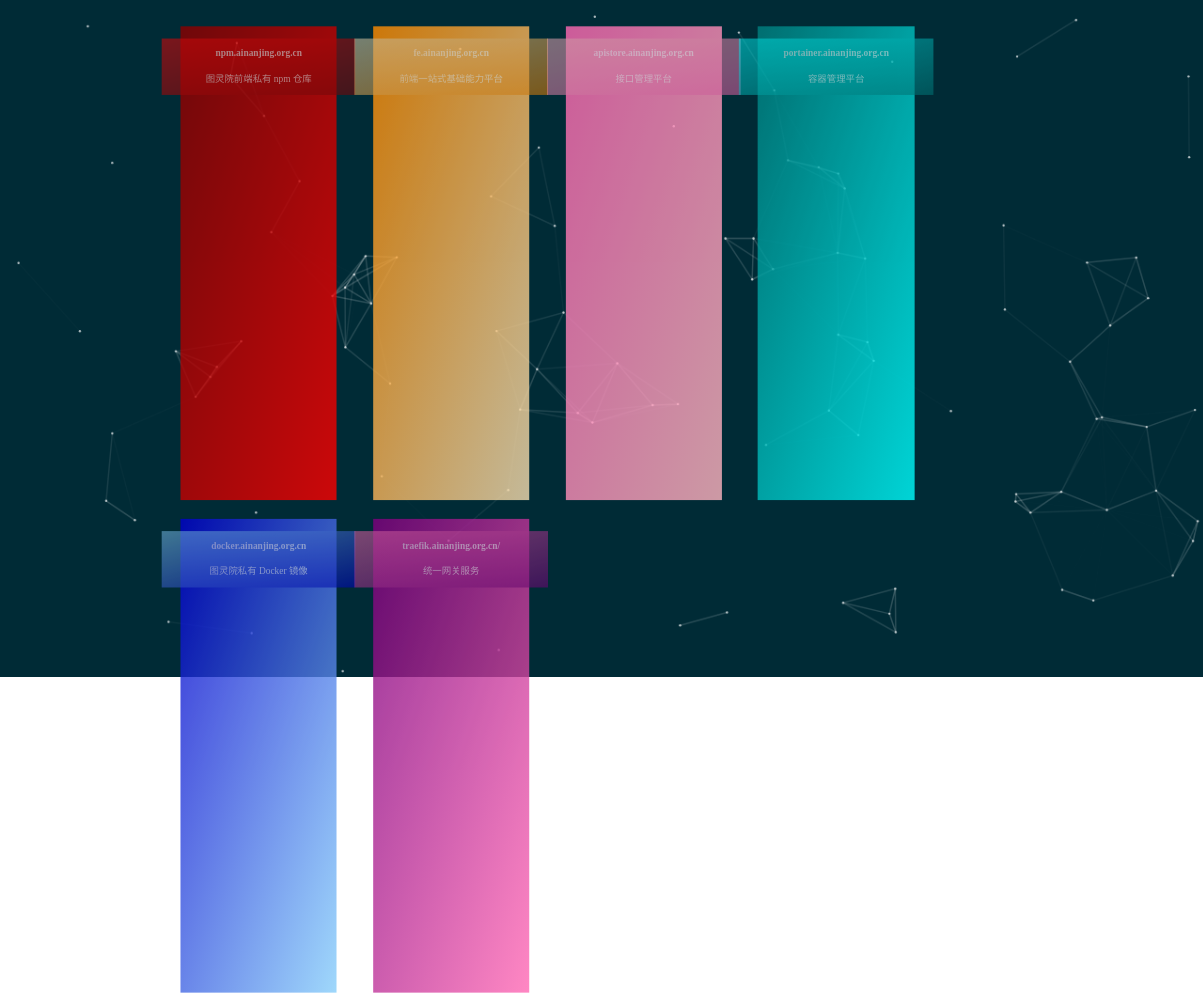
Repository: heweiwei1/portainer
Page: index.html
The author's editor kept a copy of each file at every save. The page is drawn from the files as they stood at one save, then again after the next save.
The browser window is 1280 px wide. The pictures show the whole page, at 94% of full size.

Above is the page before, as saved 2021-04-14 14:00:53.

### index.html
<!DOCTYPE html>
<html lang="en">
<head>
  <meta charset="UTF-8">
  <meta http-equiv="X-UA-Compatible" content="IE=edge">
  <meta name="viewport" content="width=device-width, initial-scale=1.0">
  <title>网页</title>
  <link rel="stylesheet" href="index.css">
  <script src="index.js"></script>
</head>
<body>
  <div class="demo">
    <a class="demo1 demo-1" href="https://npm.ainanjing.org.cn/">
        <div class="trans">
          <h4>npm.ainanjing.org.cn</h4>
          <p>图灵院前端私有 npm 仓库</p>
        </div>
    </a>
    <a class="demo1 demo-2" href="https://fe.ainanjing.org.cn" id="pop">
          <div class="trans">
            <h4>fe.ainanjing.org.cn</h4>
            <p>前端一站式基础能力平台</p>
          </div>
    </a>
    <a class="demo1 demo-3" href="https://apistore.ainanjing.org.cn">
        <div class="trans">
          <h4>apistore.ainanjing.org.cn</h4>
          <p>接口管理平台</p>
        </div>
    </a>
    <a class="demo1 demo-4" href="https://portainer.ainanjing.org.cn">
        <div class="trans">
          <h4>portainer.ainanjing.org.cn</h4>
          <p>容器管理平台</p>
        </div>
    </a>
    <a class="demo1 demo-5" href="https://docker.ainanjing.org.cn">
        <div class="trans">
          <h4>docker.ainanjing.org.cn</h4>
          <p>图灵院私有 Docker 镜像</p>
        </div>
    </a>
    <a class="demo1 demo-6" href="https://traefik.ainanjing.org.cn/">
        <div class="trans">
          <h4>traefik.ainanjing.org.cn/</h4>
          <p>统一网关服务</p>
        </div>
    </a>
  </div>
</body>
</html>

### index.css
a {
  text-decoration: none;
  color: #000;
}
.demo {
  width: 70vw;
  margin: auto;
  display: flex;
  flex-flow: row wrap;
}

.demo a {
  position: relative;
  display: flex;
  flex-direction: column;
  align-items: center;
  width: 13vw;
  height: 0px;
  padding-bottom: 56.25%;
  margin-top: 20px;
  font-size: 10px;
}
.demo a:not(:nth-child(4n)){
  margin-right: 3vw;
}
.trans {
  position:absolute;
  top: 13.2px;
  width: 100%;
  padding: 30px 20px;
  display: flex;
  justify-content: center;
  opacity: 0.6;
}
.demo1:hover .trans{
  opacity: 1;
}
.demo1 {
  opacity: 0.8;
}
.trans p{
  position: absolute;
  top: 24px;
  color: #fff;
}
.trans h4{
  position: absolute;
  top: -3px;
  color: #fff;
}
.demo-1 {
  background-image: linear-gradient(to bottom right,#8b0000,#ff0000);

}
.demo-1 .trans{
  background-image: linear-gradient(to top left,#8b0000,#ff0000);
}
.demo-2 {
  background-image: linear-gradient(to bottom right,#ff8c00,#f5deb3);
}
.demo-2 .trans{
  background-image: linear-gradient(to top left,#ff8c00,#f5deb3);
}
.demo-3 {
  background-image: linear-gradient(to bottom right,#ff69b4,#ffb6c1);
}
.demo-3 .trans{
  background-image: linear-gradient(to top left,#ff69b4,#ffb6c1);
}
.demo-4 {
  background-image: linear-gradient(to bottom right,#008080,#00ffff);
}
.demo-4 .trans{
  background-image: linear-gradient(to top left,#008080,#00ffff);
}
.demo-5 {
  background-image: linear-gradient(to bottom right,#0000cd,#87cefa);
}
.demo-5 .trans{
  background-image: linear-gradient(to top left,#0000cd,#87cefa);
}
.demo-6 {
  background-image: linear-gradient(to bottom right,#800080,#ff69b4);
}
.demo-6 .trans{
  background-image: linear-gradient(to top left,#800080,#ff69b4);
}

### index.js
window.onload = function(){
  var pop = document.getElementById("pop");
  pop.onclick = function(){
    alert("暂未启用");
    return false;
  }
  // 可调参数
var BACKGROUND_COLOR = "rgba(0,43,54,1)";   // 背景色
var POINT_NUM = 99;                         // 屏幕上点的数目
var POINT_COLOR = "rgba(255,255,255,0.7)";  // 点的颜色
var LINE_LENGTH = 10000;                    // 点之间连线长度(的平方)

// 创建背景画布
var cvs = document.createElement("canvas");
cvs.width = window.innerWidth;
cvs.height = window.innerHeight;
cvs.style.cssText = "\
    position:fixed;\
    top:0px;\
    left:0px;\
    z-index:-1;\
    opacity:1.0;\
    ";
document.body.appendChild(cvs);

var ctx = cvs.getContext("2d");

var startTime = new Date().getTime();

//随机数函数
function randomInt(min, max) {
    return Math.floor((max - min + 1) * Math.random() + min);
}

function randomFloat(min, max) {
    return (max - min) * Math.random() + min;
}

//构造点类
function Point() {
    this.x = randomFloat(0, cvs.width);
    this.y = randomFloat(0, cvs.height);

    var speed = randomFloat(0.3, 1.4);
    var angle = randomFloat(0, 2 * Math.PI);

    this.dx = Math.sin(angle) * speed;
    this.dy = Math.cos(angle) * speed;

    this.r = 1.2;

    this.color = POINT_COLOR;
}

Point.prototype.move = function () {
    this.x += this.dx;
    if (this.x < 0) {
        this.x = 0;
        this.dx = -this.dx;
    } else if (this.x > cvs.width) {
        this.x = cvs.width;
        this.dx = -this.dx;
    }
    this.y += this.dy;
    if (this.y < 0) {
        this.y = 0;
        this.dy = -this.dy;
    } else if (this.y > cvs.height) {
        this.y = cvs.height;
        this.dy = -this.dy;
    }
}

Point.prototype.draw = function () {
    ctx.fillStyle = this.color;
    ctx.beginPath();
    ctx.arc(this.x, this.y, this.r, 0, Math.PI * 2);
    ctx.closePath();
    ctx.fill();
}

var points = [];

function initPoints(num) {
    for (var i = 0; i < num; ++i) {
        points.push(new Point());
    }
}

var p0 = new Point(); //鼠标
p0.dx = p0.dy = 0;
var degree = 2.5;
document.onmousemove = function (ev) {
    p0.x = ev.clientX;
    p0.y = ev.clientY;
}
document.onmousedown = function (ev) {
    degree = 5.0;
    p0.x = ev.clientX;
    p0.y = ev.clientY;
}
document.onmouseup = function (ev) {
    degree = 2.5;
    p0.x = ev.clientX;
    p0.y = ev.clientY;
}
window.onmouseout = function () {
    p0.x = null;
    p0.y = null;
}

function drawLine(p1, p2, deg) {
    var dx = p1.x - p2.x;
    var dy = p1.y - p2.y;
    var dis2 = dx * dx + dy * dy;
    if (dis2 < 2 * LINE_LENGTH) {
        if (dis2 > LINE_LENGTH) {
            if (p1 === p0) {
                p2.x += dx * 0.03;
                p2.y += dy * 0.03;
            } else return;
        }
        var t = (1.05 - dis2 / LINE_LENGTH) * 0.2 * deg;
        ctx.strokeStyle = "rgba(255,255,255," + t + ")";
        ctx.beginPath();
        ctx.lineWidth = 1.5;
        ctx.moveTo(p1.x, p1.y);
        ctx.lineTo(p2.x, p2.y);
        ctx.closePath();
        ctx.stroke();
    }
    return;
}

//绘制每一帧
function drawFrame() {
    cvs.width = window.innerWidth;
    cvs.height = window.innerHeight;
    ctx.fillStyle = BACKGROUND_COLOR;
    ctx.fillRect(0, 0, cvs.width, cvs.height);

    var arr = (p0.x == null ? points : [p0].concat(points));
    for (var i = 0; i < arr.length; ++i) {
        for (var j = i + 1; j < arr.length; ++j) {
            drawLine(arr[i], arr[j], 1.0);
        }
        arr[i].draw();
        arr[i].move();
    }

    window.requestAnimationFrame(drawFrame);
}

  initPoints(POINT_NUM);
  drawFrame();
}

After the next save:
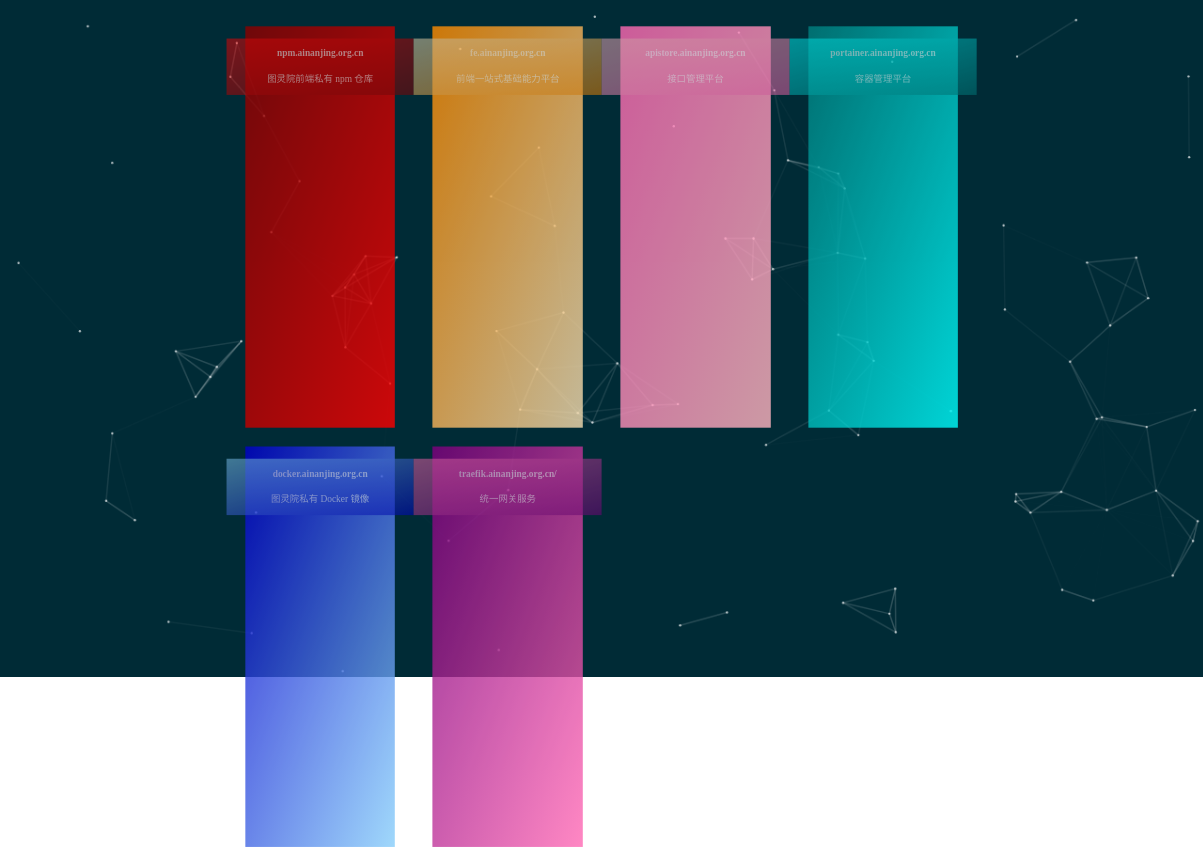
Saved 45 s later.
--- a/index.css
+++ b/index.css
@@ -3,7 +3,7 @@ a {
   color: #000;
 }
 .demo {
-  width: 70vw;
+  width: 60%;
   margin: auto;
   display: flex;
   flex-flow: row wrap;
@@ -14,14 +14,14 @@ a {
   display: flex;
   flex-direction: column;
   align-items: center;
-  width: 13vw;
+  width: calc((100% - 120px) / 4);
   height: 0px;
   padding-bottom: 56.25%;
   margin-top: 20px;
   font-size: 10px;
 }
 .demo a:not(:nth-child(4n)){
-  margin-right: 3vw;
+  margin-right: 40px;
 }
 .trans {
   position:absolute;
